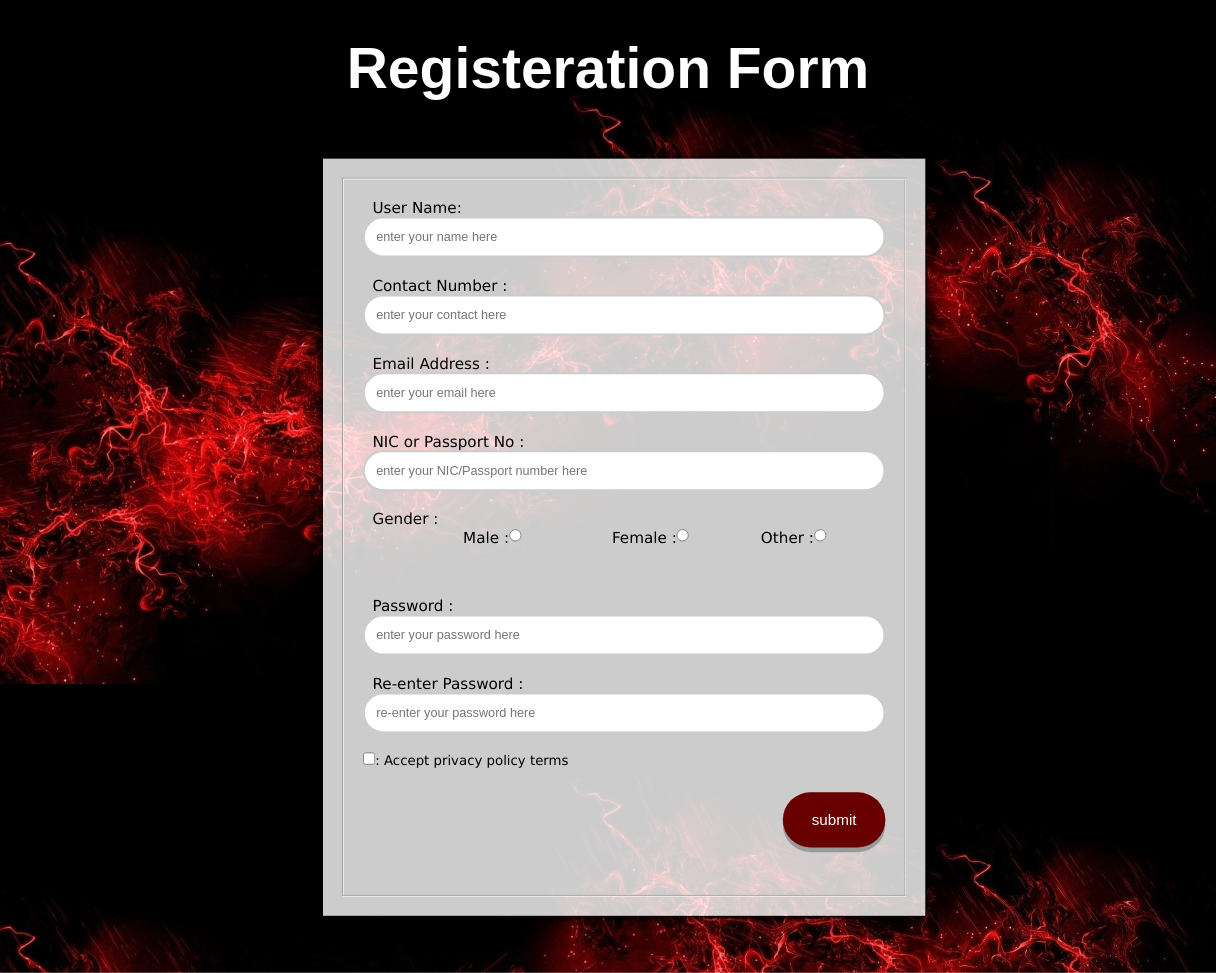
Repository: amila1998/OOP-Group-Assignment-1st-Year-2nd-Semester
Page: http://localhost/OMT/userRegister.jsp
These files come from the project's save history. The page is drawn as it stood at one moment and after the next save; the edit follows.
The browser window is 1280 px wide. The pictures show the whole page, at 95% of full size.
Backgrounds fixed to the window are drawn as part of the page. Some web fonts or font styles are not loaded; a fallback is used. The page is served by Tomcat 9. Nobody is signed in. The application's start-up code is not run. Other server files are loaded and not shown.

Above is the page before, as saved 2021-05-22 16:19:48.

### OMT/WebContent/userRegister.jsp
<%@ page language="java" contentType="text/html; charset=ISO-8859-1"
    pageEncoding="ISO-8859-1"%>
<!DOCTYPE html>
<html>
<head>
<meta charset="ISO-8859-1">
<link rel="stylesheet" type="text/css" href="styles/Default.css">
<link rel="stylesheet" type="text/css" href="styles/userRegister.css">
<title>user register</title>
</head>
<body>
<br><br>
    	<center><h1 class="Ttxtstyle">Registeration Form</h1></center>
<div class="RegisterBody">
<section style="width:100%">
	<div id="formStyle1">
		<form action="register" target="_self" method="POST">
		<fieldset>
			<label for="name">User Name:</label>
  			<input type="text" id="name" name="name" placeholder="enter your name here" required>

			<label for="MobileNumber">Contact Number :</label>
			<input type="text" id="mobile" name="mobile"  pattern="[0-9]{10}" placeholder="enter your contact here" required>

			<label for="EmailAddress">Email Address :</label>
			<input type="email" id="emailAdd" name="email" pattern="[a-zA-Z0-9._%+-]+@[a-z0-9]+\.[a-z]{2,3}" placeholder="enter your email here" required>

			<label for="nic_passport">NIC or Passport No :</label>
			<input type="text" id="nic_passport" name="nic_passport"  placeholder="enter your NIC/Passport number here" required>

			<label for="gender">Gender  :</label>
			<div class="row">

			<div class="col-25">
			<input type="radio" id="male" name="gender" value="male">
			<label for="male">  Male  :</label>
			</div>
			<div class="col-25">
			<input type="radio" id="female" name="gender" value="female">
			<label for="female">  Female  :</label>
			</div>
			<div class="col-25">
			<input type="radio" id="other" name="gender" value="other">
			<label for="other">  Other  :</label>
			</div>
			</div>
			<br><br>


			<label for="Password">Password :</label>
			<input type="password" id="pwd" name="pwd" placeholder="enter your password here"  required >

			<label for="rePassword">Re-enter Password :</label>
			<input type="password" id="rpwd" name="rpwd" placeholder="re-enter your password here" required>



			<input type="checkbox" id="policy" name="policy" required onclick ="enableButton()">:  Accept privacy policy terms
			<br><br>
			<input name="register" class="Btn1" type="submit" id="btn2" name="btn2"  value="submit" disable><br>

			<script>function enableButton(){

						if(document.getElementById("policy").checked){
							if(document.getElementById("pwd").value != document.getElementById("rpwd").value ){

								alert("password are mismatched!!");
								document.getElementById("policy").checked = false;
							}
							else{
							}

							document.getElementById("btn2").disabled= false;//this means submit button is enabled
						}
						else{
							document.getElementById("btn2").disabled= true;

						}
					}
		</script>


	</fieldset>
		</form>
        </div>
		</section>
</div>

</body>
</html>

### OMT/WebContent/styles/Default.css
@charset "ISO-8859-1";

* {
  box-sizing: border-box;
  margin: 0;
  padding: 0;
}

body {
  font-family: roboto, sans-serif;
  background-image: url("../images/bg.jpg");
  background-repeat: repeat;
  background-attachment: fixed;
  background-size: 100%;
}

/*start of header*/
#mainHeader {
  width: 100%;
  display:flex;
  justify-content: space-between;
  padding: 0px 10px;
  width: 100%;
  position:fixed;
  top: 0px;
  background: #eee;
  transition: background 0.4s;
  z-index: +1;
}

#mainHeader.is-sticky {
  background: #333;
}

#mainHeader.is-sticky a {
  color:#eee;
}

#mainHeader.is-sticky .logo img {
  height:64px;
}

#mainHeader.is-sticky .Plogo img {
  margin-top:10px;
}

#mainHeader.is-sticky .SearchPadding {
  padding:5px 20px;

}
.logo img {
  height: 84px;
  transition: height 0.4s;
}
.Plogo img {
  height: 50px;
  margin-top:18px;
  transition:0.4s;
}
#mainHeader .SearchPadding{
	padding:10px 10px;
	transition:0.4s;
}
#mainHeader .searchForm {
  float: middle;
  padding: 6px 20px;
  margin-top: 15px;
  background: none;
  font-size: 17px;
  border: none;
  cursor: pointer;
  display:flex;
}

.searchTxt
{
  background-color: white;
  border: none;
  padding: 5.5px 10px;
  text-decoration: none;
  display: inline-block;
  font-size: 12px;
  width:400px;
}
.searchBT:hover {
  background-color:#66ff66;
  cursor: pointer;
}

.searchBT {
  background-color: #00cc00;
  border: none;
  color: white;
  padding: 5px 10px;
  text-align: center;
  text-decoration: none;
  display: inline-block;
  font-size: 14px;
}




/*End of header*/

/* start editing horizontal menu*/
#menu {
	 margin-top: 84px;
	 width: 100%;
}



ul.menu {
  list-style-type: none;
  margin: 0;
  padding: 0;
  overflow: hidden;
  background-color: #333;
}

li.menu1 {
  float: left;
}
li.menu2 {
  float: right;
}

#menu li a   {
	/* When you have li and a together this will work*/
  display: block;
  color: white;
  text-align: center;
  padding: 14px 16px;
  text-decoration: none;
}

/* Change the link color to pink on hover
When you move the curser to a menu item it will highlighted with pink*/
#menu  li a:hover {
  background-color: gray;
}
/*============================================================================*/
/*Start of footer*/

div.Bfooter{
	display:table;
	width:100%;
	height:auto;
}
#mainFooter {
  display:flex;
  justify-content: space-between;
  bottom:0px;
  padding:10px 30px;
  width: 100%;
  background: #333;
  color:white;
  position:fixed;


}
#mainFooter .FtopPadding{
	padding-top:10px;
}
.SocialLogos img {

	width:30px;
	height:30px;
}
#mainFooter ul.SocialLogos {
  list-style-type: none;
  margin: 0;
  padding:0;
  overflow: hidden;
}
#mainFooter li.SocialLogos {
  float: left;
}
#mainFooter li a {
  display: block;
  color: white;
  text-align: center;
  padding: 14px 16px;
  text-decoration: none;
}

.DateandTime{
	font-family:"Arial Black", Gadget, sans-serif;


}
.copyRSing{
	font-family:"Comic Sans MS", cursive, sans-serif;
	padding-left:90px;
}
#Footer2 {
  display:flex;
  justify-content: space-between;
  padding: 10px 16px;
  width: 100%;
  background: #14141f;
  color:white;
  margin-bottom:50px;

}
#Footer2 ul.style {
  list-style-type: none;
  overflow: hidden;
  padding-bottom:40px;
}
#Footer2 li a{
	color: white;
  text-align: left;
  padding: 14px 16px;
  text-decoration: none;
  font-style: italic;
}
#Footer2 li a:hover {
  color: gray;
}

#Footer2 .Txtstyle{
	font-family:"Comic Sans MS", cursive, sans-serif;
	font-size:24px;
	line-height: 1.8;
}
#Footer2 .Txtstyle2{
	padding-top:90px;
	font-family:"Comic Sans MS", cursive, sans-serif;
	font-size:24px;
	line-height: 1.8;
}

#Footer2 ul.proFBBt {
  background-color: #00cc00;
  border: none;
  color: white;
  padding: 20px 50px;
  text-align: center;
  text-decoration: none;
  display: inline-block;
  font-size: 14px;
  list-style-type: none;
  margin: 0;
  overflow: hidden;
}

#Footer2 .btpadding{
	padding-top:50px;
	padding-left:20px;
}
/*============================================================================*/

h1.Ttxtstyle{
	color:white;
	font-family:"Arial Black", Gadget, sans-serif;
	text-shadow:1px 1px 2px black, 0 0 25px black, 0 0 5px black;
	font-size:60px;
}

section {
	padding:20px 20px;
}

/*DIV sections*/
.row {
  display: flex;
  flex-wrap: wrap;
  margin: 0 -16px;
}



.col-25 {
  flex: 25%;
}

.col-50,
.coll-50 {
   flex: 50%;
}

.col-75 {
  flex: 75%;
}

.col-25,
.col-50,
.col-75 {
  padding: 20px 16px;
}
/*--------------------------------------------------------------------------------------*/
/*Form*/
fieldset{
	padding:20px 20px;
}

legend{
	font-size:22px;
	font-weight:bold;
}

#formStyle1.style2{
	font-family:"Arial Black", Gadget, sans-serif;
	font-size:30px;
}

#formStyle1 label,
#formStyle3 label {
  display: block;
  font-size:16px;
  float:left;
  margin-left:10px;
}

#formStyle4 label{
  float:center;
  display: block;
  font-size:16px;
  margin-left:10px;
  margin-bottom:30px;
}

#formStyle2 label{
	 font-family: "Comic Sans MS", cursive, sans-serif;
	 font-weight:bold;
    font-size: 22px;
    line-height: 1.15;
    margin: 0;
	 width:100%;
}
#formStyle6 input[type=text],
#formStyle6 input[type=email],
#formStyle3 input[type=email],
#formStyle3  input[type= password],
#formStyle1  input[type= password],
#formStyle1  input[type= number],
#formStyle1 input[type=file],
#formStyle1 input[type=number]
#formStyle4 input[type=email],
#formStyle1 input[type=email],
#formStyle1 input[type=month],
#formStyle1 input[type=date],
#formStyle1 input[type=text],
#formStyle1 input[type=tel],
#formStyle3 input[type=text],
#formStyle4 input[type=tel],
#formStyle4 input[type=text],
#formStyle1 select{
  width: 100%;
  margin-bottom: 20px;
  padding: 12px;
  border: 2px solid #ccc;
  border-radius: 50px;
}

#formStyle6 input:active[type=text],
#formStyle6 input:active[type=email],
#formStyle3  input:active[type= password],
#formStyle3  input:active[type= email],
#formStyle1 input:active[type=file],
#formStyle1 input:active[type=number],
#formStyle1 input:active[type=month],
#formStyle1 input:active[type=text],
#formStyle3 input:active[type=text],
#formStyle4 input:active[type=text],
#formStyle4 input:active[type=text],
#formStyle1 select:active{
    border: 2px solid #808080;
	outline:none;
}

#formStyle3  input[type= radio]{
  margin-bottom: 20px;
  padding: 12px;
  border: 1px solid #ccc;
  border-radius: 3px;
  justify-content: space-between;
  margin-left:20px;
  outline:none;
}
#formStyle6 textarea,
#formStyle1 textarea{
  width: 100%;
  margin-bottom: 20px;
  padding: 12px;
  border: 1px solid #ccc;
  border-radius: 3px;
  height:80px;
  font-family:Verdana;
  border-radius:50px;
  outline:none;
  resize: vertical;

}

#formStyle1 form,
#formStyle2 form,
#formStyle3 form,
#formStyle4 form{
	padding:20px;
	background-color: rgba(255, 255, 255,0.8);
	font-size:14px;
	font-family:Verdana;
	color:black;
	margin:20px;
	box-shadow:1px 1px 2px black, 0 0 25px black, 0 0 5px black;
	outline: none;
	border:none;

}
#formStyle6 form{
	font-size:14px;
	font-family:Verdana;
	outline: none;
	border:none;
	padding:20px;
}

#formStyle1 form,
#formStyle4 form{
	width:99%;
}

#formStyle2 form{
	width:95%;
}

#formStyle3 form{
	width:50%;
	align-items: center;
	position:center;

}


.Btn,
.Btn1,
.Btn2,
.Btn3,
.Btn4,
.Btn5{

	padding:20px 30px;
	font-size: 16px;
  text-align: center;
  cursor: pointer;
  outline: none;
  color: #fff;
  background-color: #680000;
  border: none;
  border-radius: 30px;
  box-shadow: 0 5px #999;
  margin-bottom:30px;
  margin-top:10px;
  margin-left:20px;



}



.Btn:active,
.Btn1:active,
.Btn3:active,
.Btn2:active,
.Btn4:active,
.Btn5:active,
.Btn6:active{
	background-color: #ff6a6f;
  box-shadow: 0 3px #666;
  transform: translateY(4px);
}

.Btn:hover,
.Btn1:hover,
.Btn3:hover,
.Btn2:hover,
.Btn4:hover,
.Btn5:hover{
	background-color: #ff6a6f
}
.Btn,
.Btn1{
	float:right;
}

.Btn2{
	float:left;
}
.Btn3{
	margin-bottom:20px;

}
.Btn4{
	margin-left:10px;

}

### OMT/WebContent/styles/userRegister.css
.RegisterBody{
	padding:20px 300px;
}

After the next save:
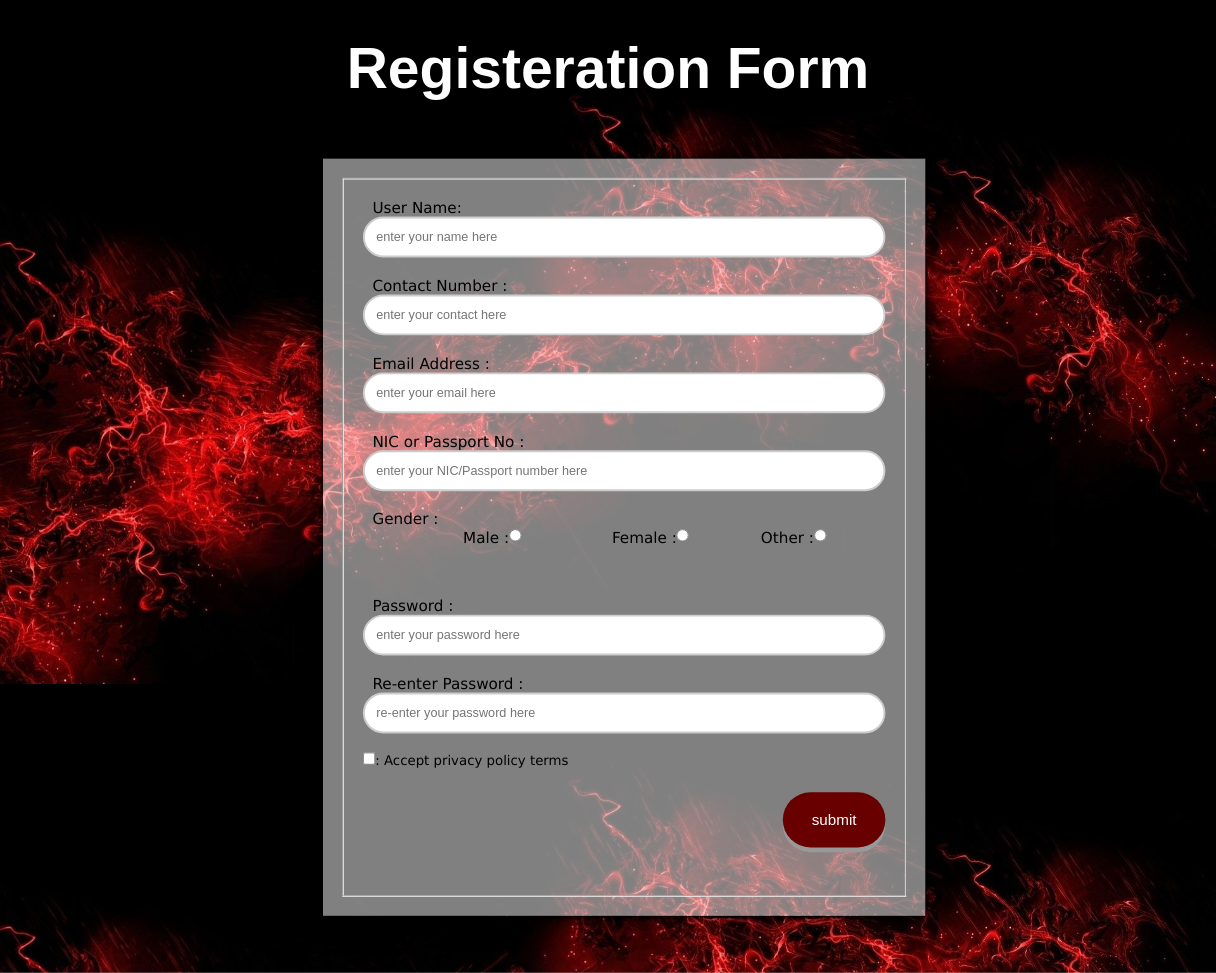
Saved 11 s later.
--- a/OMT/WebContent/styles/Default.css
+++ b/OMT/WebContent/styles/Default.css
@@ -400,7 +400,7 @@ legend{
 #formStyle3 form,
 #formStyle4 form{
 	padding:20px;
-	background-color: rgba(255, 255, 255,0.8);
+	background-color: rgba(255, 255, 255,0.5);
 	font-size:14px;
 	font-family:Verdana;
 	color:black;
